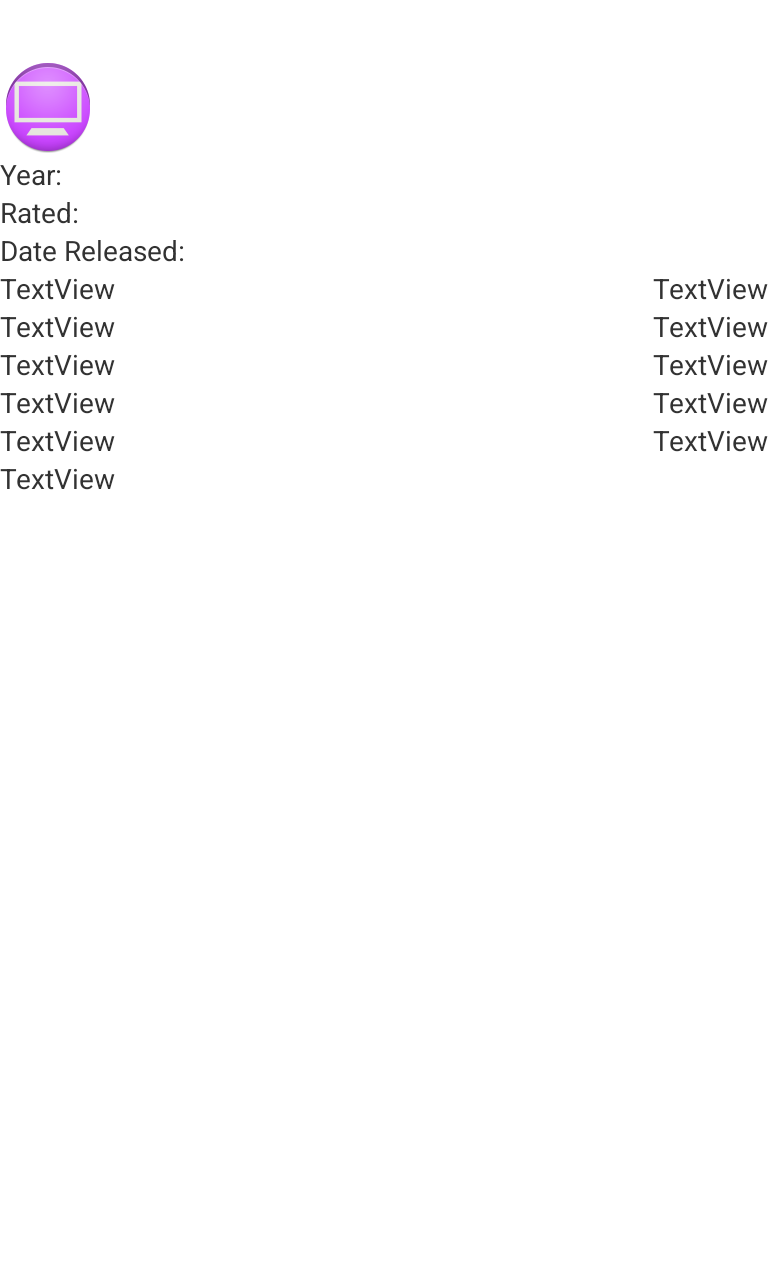
Repository: laurenelder/Java2_Elder
Layout: MovieLookup/res/layout/detail_layout.xml
An editor plug-in stored every save of this project. The layout is shown before and after the next save, followed by the edit.
It is drawn on a 768 x 1280 px phone screen (xhdpi) without system bars, with theme AppTheme; the app's code is not run.

Above is the layout before, as saved 2014-07-16 18:33:52.

### MovieLookup/res/layout/detail_layout.xml
<?xml version="1.0" encoding="utf-8"?>
<LinearLayout xmlns:android="http://schemas.android.com/apk/res/android"
    android:layout_width="match_parent"
    android:layout_height="match_parent"
    android:orientation="vertical" >

    <TextView
        android:id="@+id/movieTitle"
        android:layout_width="wrap_content"
        android:layout_height="wrap_content"
        android:text=""
        android:textAppearance="?android:attr/textAppearanceLarge" />

    <ImageView
        android:id="@+id/movieImage"
        android:layout_width="wrap_content"
        android:layout_height="wrap_content"
        android:src="@drawable/ic_launcher" />

    <RelativeLayout
        android:layout_width="match_parent"
        android:layout_height="wrap_content" >

        <TextView
            android:id="@+id/yearLabel"
            android:layout_width="wrap_content"
            android:layout_height="wrap_content"
            android:layout_alignParentLeft="true"
            android:layout_alignParentTop="true"
            android:text="@string/year_str" />

        <TextView
            android:id="@+id/movieYear"
            android:layout_width="wrap_content"
            android:layout_height="wrap_content"
            android:layout_alignParentRight="true"
            android:layout_alignParentTop="true"
            android:text="" />

    </RelativeLayout>

    <RelativeLayout
        android:layout_width="match_parent"
        android:layout_height="wrap_content" >

        <TextView
            android:id="@+id/ratingLabel"
            android:layout_width="wrap_content"
            android:layout_height="wrap_content"
            android:layout_alignParentLeft="true"
            android:layout_alignParentTop="true"
            android:text="@string/rated_str" />

        <TextView
            android:id="@+id/movieRating"
            android:layout_width="wrap_content"
            android:layout_height="wrap_content"
            android:layout_alignParentRight="true"
            android:layout_alignParentTop="true"
            android:text="" />

    </RelativeLayout>

    <RelativeLayout
        android:layout_width="match_parent"
        android:layout_height="wrap_content" >

        <TextView
            android:id="@+id/releasedLabel"
            android:layout_width="wrap_content"
            android:layout_height="wrap_content"
            android:layout_alignParentLeft="true"
            android:layout_alignParentTop="true"
            android:text="@string/released_str" />

        <TextView
            android:id="@+id/movieReleased"
            android:layout_width="wrap_content"
            android:layout_height="wrap_content"
            android:layout_alignParentRight="true"
            android:layout_alignParentTop="true"
            android:text="" />

    </RelativeLayout>

    <RelativeLayout
        android:layout_width="match_parent"
        android:layout_height="wrap_content" >

        <TextView
            android:id="@+id/textView8"
            android:layout_width="wrap_content"
            android:layout_height="wrap_content"
            android:layout_alignParentLeft="true"
            android:layout_alignParentTop="true"
            android:text="TextView" />

        <TextView
            android:id="@+id/textView9"
            android:layout_width="wrap_content"
            android:layout_height="wrap_content"
            android:layout_alignParentRight="true"
            android:layout_alignParentTop="true"
            android:text="TextView" />

    </RelativeLayout>

    <RelativeLayout
        android:layout_width="match_parent"
        android:layout_height="wrap_content" >

        <TextView
            android:id="@+id/textView10"
            android:layout_width="wrap_content"
            android:layout_height="wrap_content"
            android:layout_alignParentLeft="true"
            android:layout_alignParentTop="true"
            android:text="TextView" />

        <TextView
            android:id="@+id/textView11"
            android:layout_width="wrap_content"
            android:layout_height="wrap_content"
            android:layout_alignParentRight="true"
            android:layout_alignParentTop="true"
            android:text="TextView" />

    </RelativeLayout>

    <RelativeLayout
        android:layout_width="match_parent"
        android:layout_height="wrap_content" >

        <TextView
            android:id="@+id/textView12"
            android:layout_width="wrap_content"
            android:layout_height="wrap_content"
            android:layout_alignParentLeft="true"
            android:layout_alignParentTop="true"
            android:text="TextView" />

        <TextView
            android:id="@+id/textView13"
            android:layout_width="wrap_content"
            android:layout_height="wrap_content"
            android:layout_alignParentRight="true"
            android:layout_alignParentTop="true"
            android:text="TextView" />

    </RelativeLayout>

    <RelativeLayout
        android:layout_width="match_parent"
        android:layout_height="wrap_content" >

        <TextView
            android:id="@+id/textView14"
            android:layout_width="wrap_content"
            android:layout_height="wrap_content"
            android:layout_alignParentLeft="true"
            android:layout_alignParentTop="true"
            android:text="TextView" />

        <TextView
            android:id="@+id/textView15"
            android:layout_width="wrap_content"
            android:layout_height="wrap_content"
            android:layout_alignParentRight="true"
            android:layout_alignParentTop="true"
            android:text="TextView" />

    </RelativeLayout>

    <RelativeLayout
        android:layout_width="match_parent"
        android:layout_height="wrap_content" >

        <TextView
            android:id="@+id/textView16"
            android:layout_width="wrap_content"
            android:layout_height="wrap_content"
            android:layout_alignParentLeft="true"
            android:layout_alignParentTop="true"
            android:text="TextView" />

        <TextView
            android:id="@+id/textView17"
            android:layout_width="wrap_content"
            android:layout_height="wrap_content"
            android:layout_alignParentRight="true"
            android:layout_alignParentTop="true"
            android:text="TextView" />

    </RelativeLayout>

    <TextView
        android:id="@+id/textView18"
        android:layout_width="wrap_content"
        android:layout_height="wrap_content"
        android:text="TextView" />

</LinearLayout>

### MovieLookup/res/values/strings.xml
<?xml version="1.0" encoding="utf-8"?>

<!-- MovieLookup -->
<!-- com.laurenelder.movielookup -->
<!-- Devin "Lauren" Elder -->
<!-- Jul 9, 2014 -->
<!-- Java 2 Term 1407 -->

<resources>

    <string name="app_name">Movie Lookup</string>
    <string name="hello_world">Hello world!</string>
    <string name="action_settings">Settings</string>
    <string name="title_text">Search to find all the information on your favorite movies!</string>
    <string name="button_text">Find!</string>
    <string name="search_hint">Star Trek</string>
    <string name="main_api">http://www.omdbapi.com/?s=Star%20Trek_r=JSON</string>
    <string name="pre_detail_api">http://www.omdbapi.com/?i=</string>
    <string name="post_detail_api">_r=JSON</string>
    <string name="input_notification">Please enter a movie you would like to search for.</string>
    <string name="connection_notification">Connection Error: Please check to make sure you have an internet connection.</string>
    <string name="searching_notification">We are searching for your movie</string>
    <string name="details_notification">We are finding the details for your movie</string>
    <string name="file_name">apiJSONdata.txt</string>
    <string name="detail_file_name">.txt</string>
    <string name="n_a">Not Applicable</string>
    <string name="year_str">Year:</string>
    <string name="rated_str">Rated:</string>
    <string name="released_str">Date Released:</string>
    <string name="runtime_str">Runtime:</string>
    <string name="genre_str">Genre:</string>
    <string name="director_str">Director:</string>
    <string name="actor_str">Actors:</string>
    <string name="awards_str">Awards:</string>
    <string name="score_str">Metacritic Score:</string>

</resources>

Loaded but not shown: MovieLookup/res/values/styles.xml (common file); MovieLookup/res/values-v11/styles.xml (common file); MovieLookup/res/values-v14/styles.xml (common file)

After the next save:
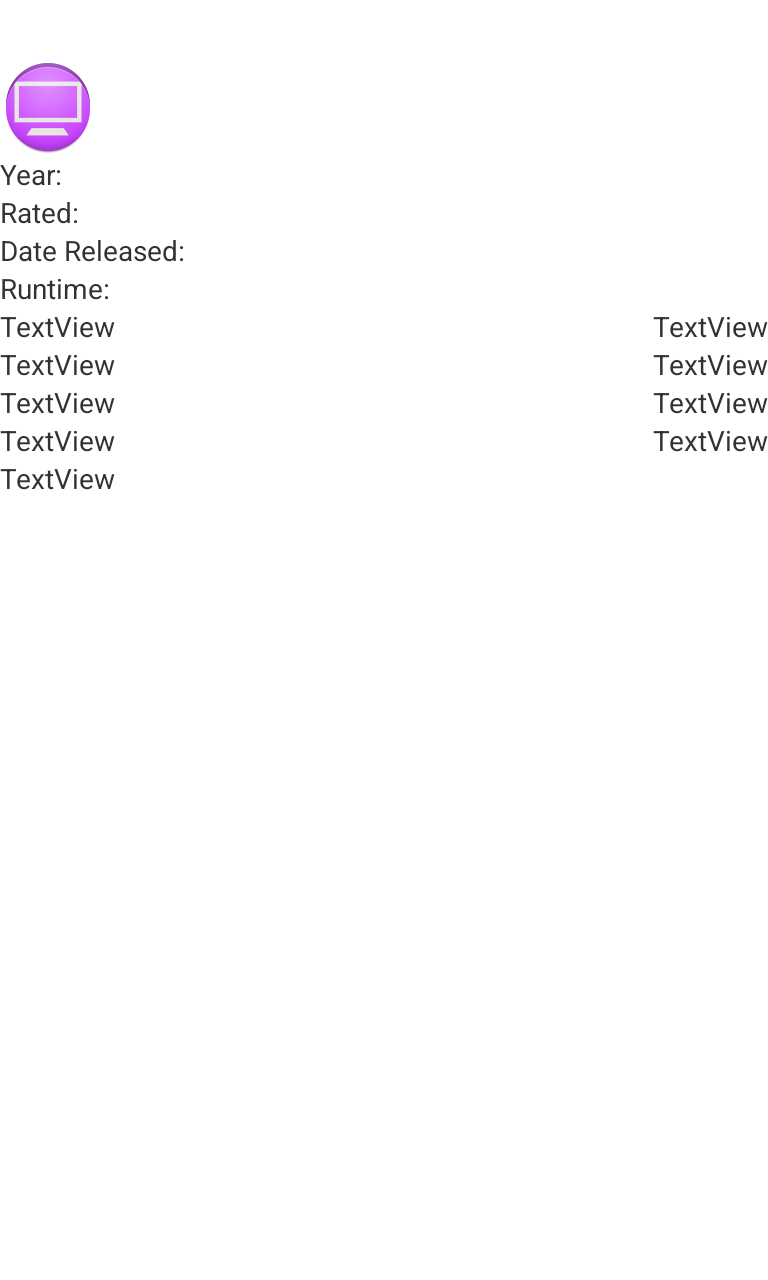
Saved 3 min 39 s later.
--- a/MovieLookup/res/layout/detail_layout.xml
+++ b/MovieLookup/res/layout/detail_layout.xml
@@ -88,20 +88,20 @@
         android:layout_height="wrap_content" >
 
         <TextView
-            android:id="@+id/textView8"
-            android:layout_width="wrap_content"
-            android:layout_height="wrap_content"
-            android:layout_alignParentLeft="true"
-            android:layout_alignParentTop="true"
-            android:text="TextView" />
-
-        <TextView
-            android:id="@+id/textView9"
-            android:layout_width="wrap_content"
-            android:layout_height="wrap_content"
-            android:layout_alignParentRight="true"
-            android:layout_alignParentTop="true"
-            android:text="TextView" />
+            android:id="@+id/runtimeLayout"
+            android:layout_width="wrap_content"
+            android:layout_height="wrap_content"
+            android:layout_alignParentLeft="true"
+            android:layout_alignParentTop="true"
+            android:text="@string/runtime_str" />
+
+        <TextView
+            android:id="@+id/movieRuntime"
+            android:layout_width="wrap_content"
+            android:layout_height="wrap_content"
+            android:layout_alignParentRight="true"
+            android:layout_alignParentTop="true"
+            android:text="" />
 
     </RelativeLayout>
 
